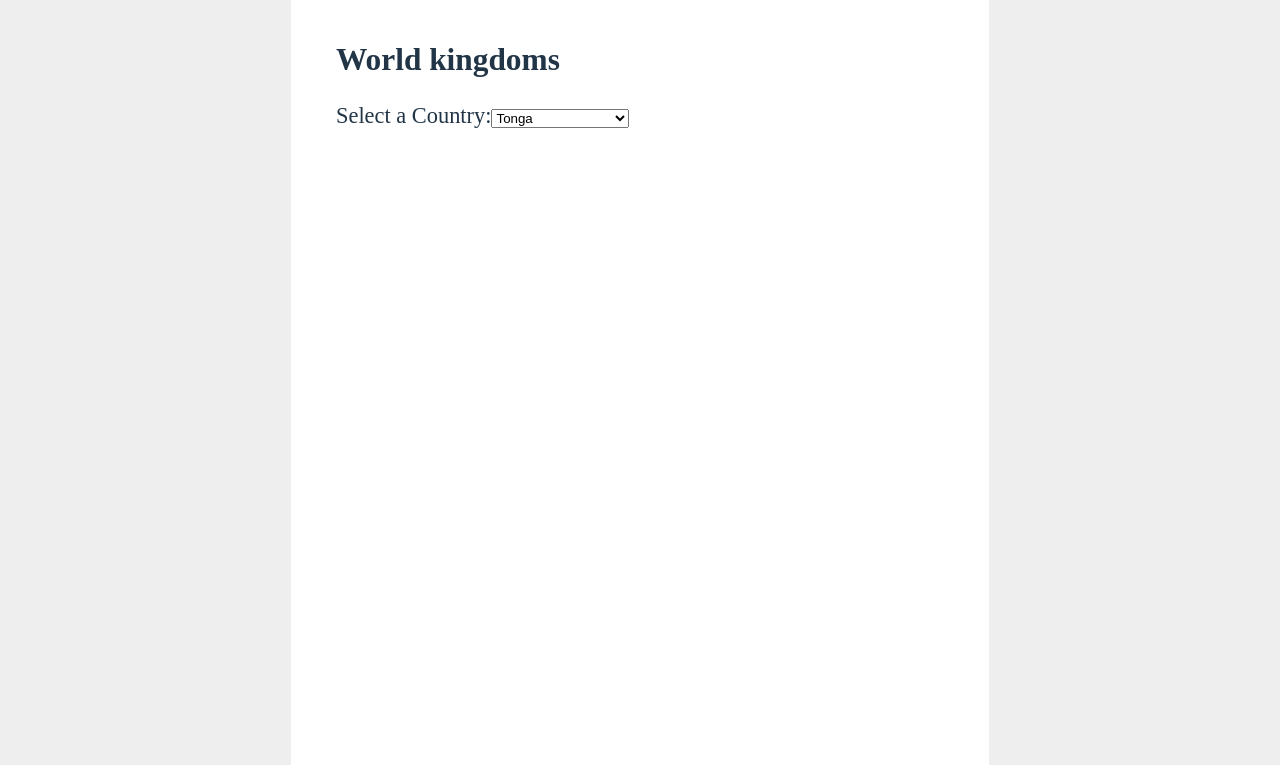
Repository: SamanthaYan298/my_world_kingdoms
Page: /
An editor plug-in stored every save of this project. The page is shown before and after the next save, followed by the edit.
The browser window is 1280 px wide. The pictures show the whole page.
The page's requests for data from a server got no answer. The project was rebuilt for these pictures with package versions that can differ from the ones it lists, and the page was loaded fresh each time. No one was signed in, and anything a server would have sent is missing. Also part of the build but not shown: vite.config.js.

Above is the page before, as saved 2024-11-20 18:24:40.

After the next save:
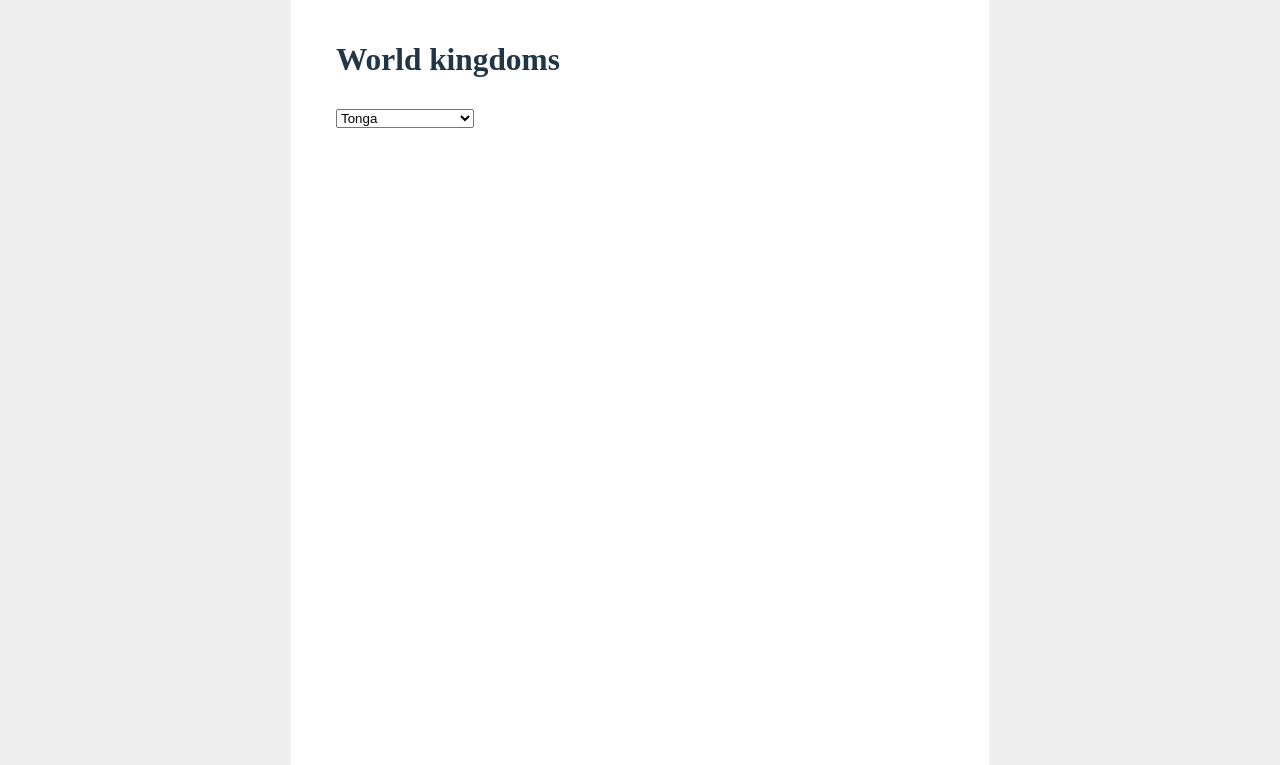
Saved 16 s later.
--- a/src/App.jsx
+++ b/src/App.jsx
@@ -36,7 +36,6 @@ function App() {
     <>
     <div className='countries'>
       <h1>World kingdoms</h1>
-      <label for="countries">Select a Country:</label>
       <select id="countries">
         <option value="TO">Tonga</option>
         <option value="AU">Australia</option>
